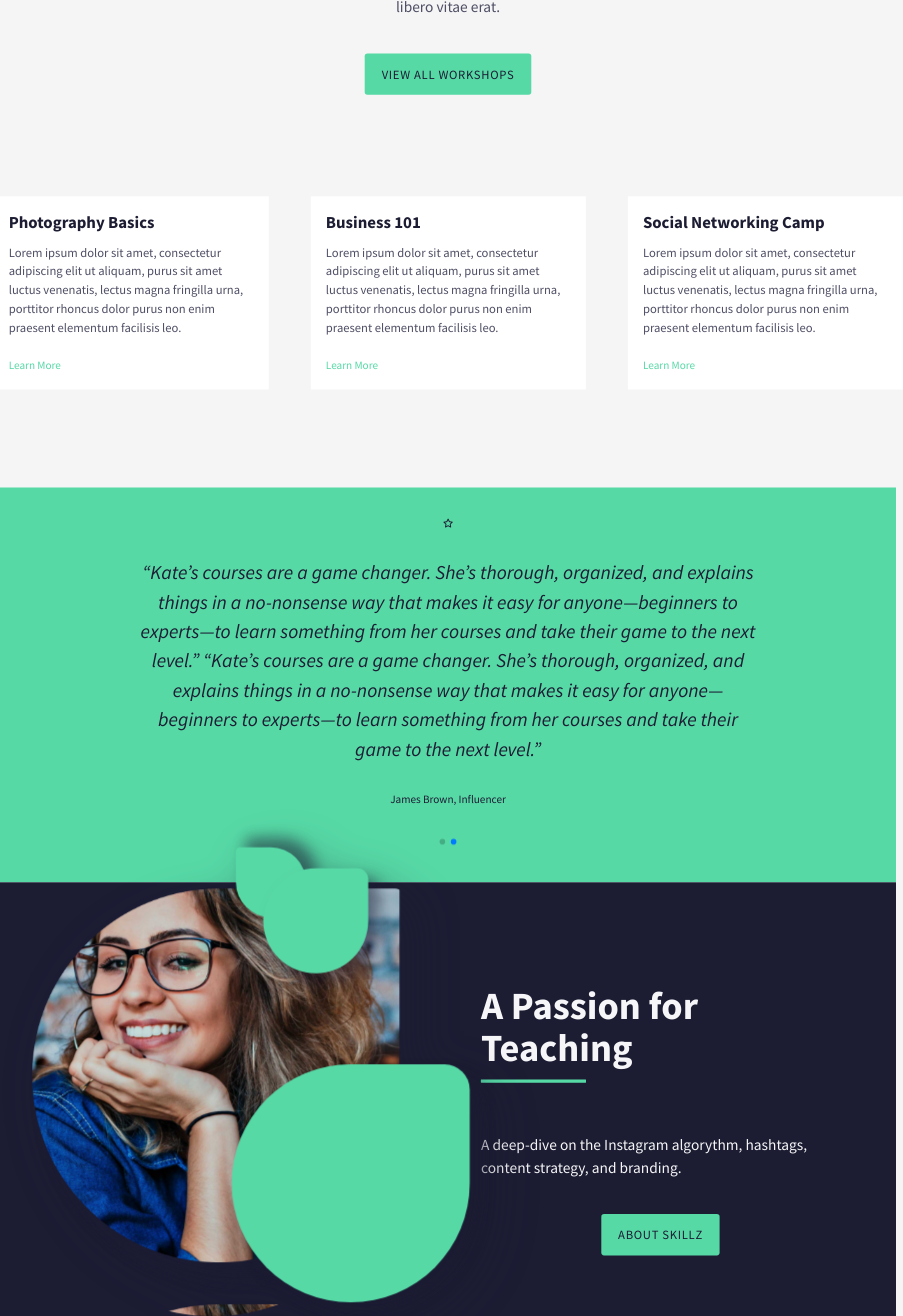
Repository: saidabbasun/skillz
Page: /
The author's editor kept a copy of each file at every save. The page is drawn from the files as they stood at one save, then again after the next save.
The browser window is 1280 px wide. The page is 1290 px wide, so the pictures cover 1290 px, including what lies to the right of the window. The pictures show the part of the page from y = 3269 to 5149 px (the page is 5149 px tall before and 5063 px after), at 70% of full size.
The project was rebuilt for these pictures with package versions that can differ from the ones it lists, and the page was loaded fresh each time.

Above is the page before, as saved 2022-06-13 19:05:15.

After the next save:
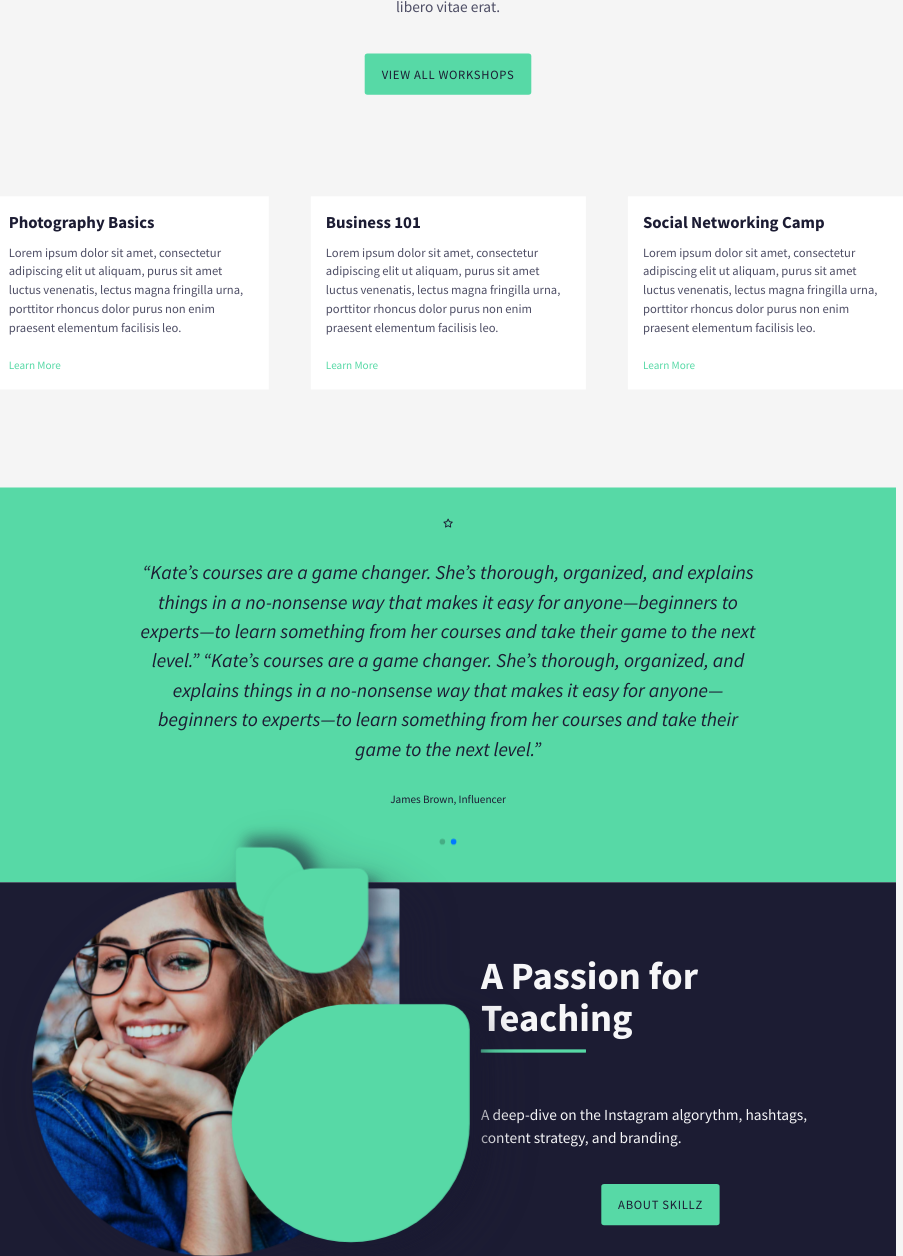
Saved 4 s later.
--- a/src/styles/About.scss
+++ b/src/styles/About.scss
@@ -4,7 +4,7 @@
 .About{
     .bgRectangle{
         width:calc(#{$rastangle_size} * 5.34);
-        height: calc(#{$rastangle_size}  * );
+        height: calc(#{$rastangle_size}  * 5.34);
         background-image: url(../assets/images/About.png);
         border-radius: 999px 32px 999px 999px;
     }
